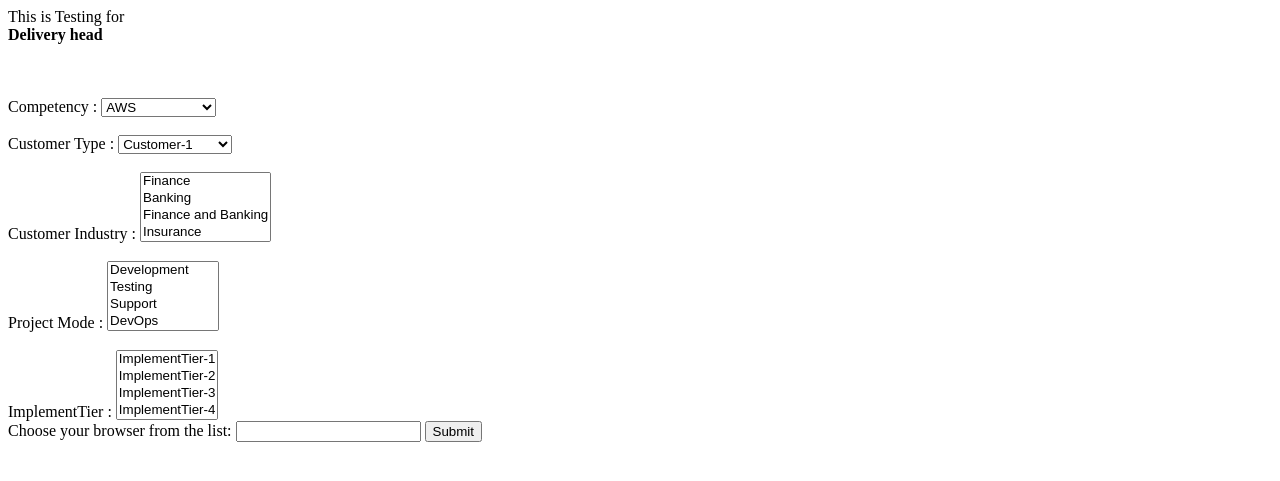
Repository: Perwaiz21/STS
Page: http://localhost/AWS_Web/
These files come from the project's save history. The page is drawn as it stood at one moment and after the next save; the edit follows.
The browser window is 1280 px wide. The pictures show the whole page.
The page is served by Tomcat 9.

Above is the page before, as saved 2021-02-18 09:51:47.

### AWS_Web/WebContent/index.jsp
<%@ page language="java" contentType="text/html; charset=ISO-8859-1"
	pageEncoding="ISO-8859-1"%>
<!DOCTYPE html>
<html>
<head>
<meta charset="ISO-8859-1">
<title>Insert title here</title>
</head>
<body>
	This is Testing for
	<br>
	<b>Delivery head</b>
	<br>
	<br>
	<br>
	<br>
	<label for="Competency"> Competency :</label>

	<select name="cars" id="Competency">
		<option value="AWS">AWS</option>
		<option value="Azure">Azure</option>
		<option value="GCP">GCP</option>
		<option value="Java Full Stack">Java Full Stack</option>
		<option value="Front end">Front end</option>
		<option value=".NET Full Stack">.NET Full Stack</option>

	</select>
	<br>
	<br>
	<label for="Customer Type">Customer Type :</label>
	<select name="Customer_Type" id="Customer_Type">
		<option value="ISV">Customer-1</option>
		<option value="Enterprise level">Enterprise level</option>

	</select>
	<br>
	<br>
	<label for="Customer Industry">Customer Industry :</label>
	<select name="Customer_Industry" id="Customer_Industry" multiple>
		<option value="Finance">Finance</option>
		<option value="Banking">Banking</option>
		<option value="Finance and Banking">Finance and Banking</option>
		<option value="Insurance">Insurance</option>
		<option value="Oil and Gas">Oil and Gas</option>
		<option value="Pharma">Pharma</option>
		<option value="Health Care">Health Care</option>
		<option value="Telecom">Telecom</option>
		<option value="Mortgage">Mortgage</option>
		<option value="Supply Chain">Supply Chain</option>
		<option value="Lease Management">Lease Management</option>
		<option value="Advisory">Advisory</option>
		<option value="Audit">Audit</option>
	</select>


	<br>
	<br>
	<label for="Project Mode">Project Mode :</label>
	<select name="Project-Mode" id="Project-Mode" multiple>
		<option value="Development">Development</option>
		<option value="Testing">Testing</option>
		<option value="Support">Support</option>
		<option value="DevOps">DevOps</option>
		<option value="Consulting">Consulting</option>
		<option value="Management">Management</option>
		<option value="DB Administration">DB Administration</option>
	</select>

	<br>
	<br>
	<label for="ImplementTier ">ImplementTier :</label>
	<select name="ImplementTier" id="ImplementTier" multiple>
		<option value="ImplementTier-1 ">ImplementTier-1</option>
		<option value="ImplementTier-2">ImplementTier-2</option>
		<option value="ImplementTier-3">ImplementTier-3</option>
		<option value="ImplementTier-4">ImplementTier-4</option>
		<option value="ImplementTier-5">ImplementTier-5</option>
		<option value="ImplementTier-6">ImplementTier-6</option>
		<option value="ImplementTier-7">ImplementTier-7</option>
	</select>


	<form action="/action_page.php" method="get">
		<label for="browser">Choose your browser from the list:</label> <input
			list="browsers" name="browser" id="browser">
		<datalist id="browsers">
			<option value="Edge">
			<option value="Firefox">
			<option value="Chrome">
			<option value="Opera">
			<option value="Safari">
		</datalist>
		<input type="submit">
	</form>


</body>
</html>

After the next save:
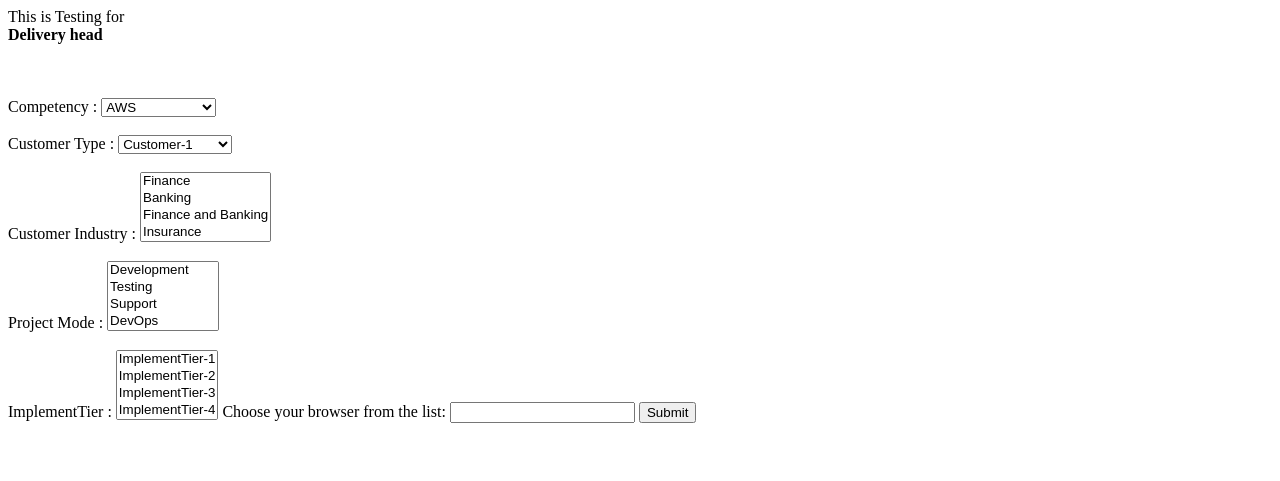
Saved 47 s later.
--- a/AWS_Web/WebContent/index.jsp
+++ b/AWS_Web/WebContent/index.jsp
@@ -7,6 +7,7 @@
 <title>Insert title here</title>
 </head>
 <body>
+<form action="/action_page.php" method="get">
 	This is Testing for
 	<br>
 	<b>Delivery head</b>
@@ -80,7 +81,7 @@
 	</select>
 
 
-	<form action="/action_page.php" method="get">
+
 		<label for="browser">Choose your browser from the list:</label> <input
 			list="browsers" name="browser" id="browser">
 		<datalist id="browsers">
